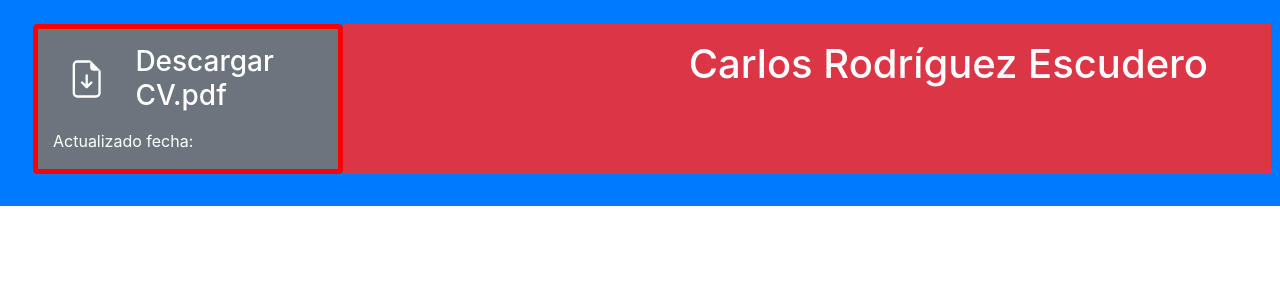
Repository: CarlosRoEs/CarlosWebCV
Page: index.html
An editor plug-in stored every save of this project. The page is shown before and after a run of saves, followed by the edit.
The browser window is 1280 px wide. The pictures show the whole page.
The style sheet was rebuilt from its Sass, Less or Tailwind sources for each picture, by a compiler version that may differ from the author's.

Above is the page before, as saved 2020-09-15 13:16:01.

### index.html
<!DOCTYPE html>
<html lang="es">

<head>
    <meta charset="UTF-8">
    <meta name="viewport" content="width=device-width, initial-scale=1.0">
    <title>Document</title>
    <link rel="stylesheet" href="bootstrap/css/bootstrap.min.css">
    <link rel="stylesheet" href="dist/header.css">
</head>

<body>

    <div class="container-fluid">
        <div class="row">
            <header id="header" class="col-12 bg-primary text-white p-4 pl-5">
                <div class="row d-flex flex-row flex-wrap justify-content-start">
                    <div class="col-3 d-flex flex-row flex-wrap">
                        <div class="row">
                            <a href="#" id="a-header" class="col-12 d-flex flex-row flex-wrap rounded bg-secondary">
                                <svg width="100px" height="100px" viewBox="0 0 16 16"
                                    class="bi bi-file-earmark-arrow-down col-3" fill="white"
                                    xmlns="http://www.w3.org/2000/svg">
                                    <path
                                        d="M4 0h5.5v1H4a1 1 0 0 0-1 1v12a1 1 0 0 0 1 1h8a1 1 0 0 0 1-1V4.5h1V14a2 2 0 0 1-2 2H4a2 2 0 0 1-2-2V2a2 2 0 0 1 2-2z" />
                                    <path d="M9.5 3V0L14 4.5h-3A1.5 1.5 0 0 1 9.5 3z" />
                                    <path fill-rule="evenodd"
                                        d="M8 6a.5.5 0 0 1 .5.5v3.793l1.146-1.147a.5.5 0 0 1 .708.708l-2 2a.5.5 0 0 1-.708 0l-2-2a.5.5 0 1 1 .708-.708L7.5 10.293V6.5A.5.5 0 0 1 8 6z" />
                                </svg>
                                <h3 id="h3-header" class="col-9 mt-3 text-left text-white">Descargar CV.pdf</h3>

                                <div class="row d-flex justify-content-end">
                                    <p class="col-12 text-white">Actualizado fecha:</p>
                                </div>
                            </a>
                        </div>
                    </div>
                    <div class="col-9 bg-danger d-flex justify-content-end">
                        <h1 class="mt-3 mr-5 align-items-center">Carlos Rodríguez Escudero</h1>
                    </div>
                </div>

                <!--  -->
                <h1></h1>
            </header>
        </div>

    </div>

    <script type="text/javascript" src="jquery/jquery-3.5.1.min.js"></script>
    <script type="text/javascript" src="bootstrap/js/bootstrap.min.js"></script>
</body>

</html>

### Sass/header.scss
*{
    margin: 0px;
    padding: 0px;
}
#a-header{
    border: 5px solid red;
}

Loaded but not shown: bootstrap/css/bootstrap.min.css (library); jquery/jquery-3.5.1.min.js (library); bootstrap/js/bootstrap.min.js (library)

After the next 2 saves:
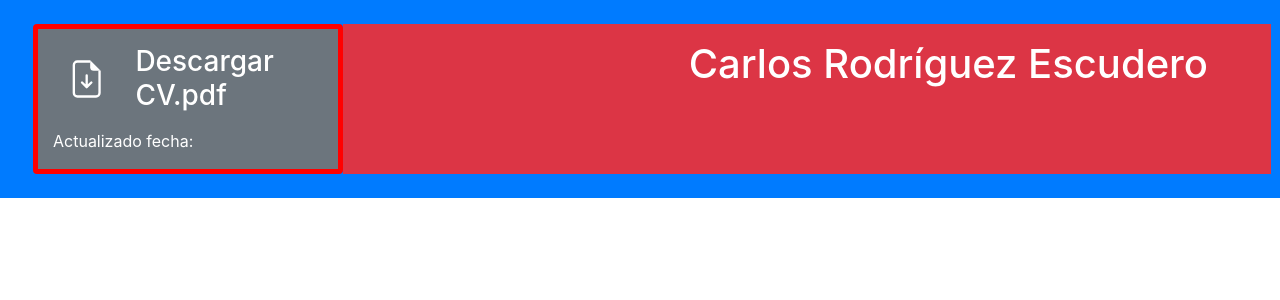
The 2 saves are shown as one change because they came seconds apart.
The last was saved 12 s later.
--- a/index.html
+++ b/index.html
@@ -39,9 +39,6 @@
                         <h1 class="mt-3 mr-5 align-items-center">Carlos Rodríguez Escudero</h1>
                     </div>
                 </div>
-
-                <!--  -->
-                <h1></h1>
             </header>
         </div>
 
